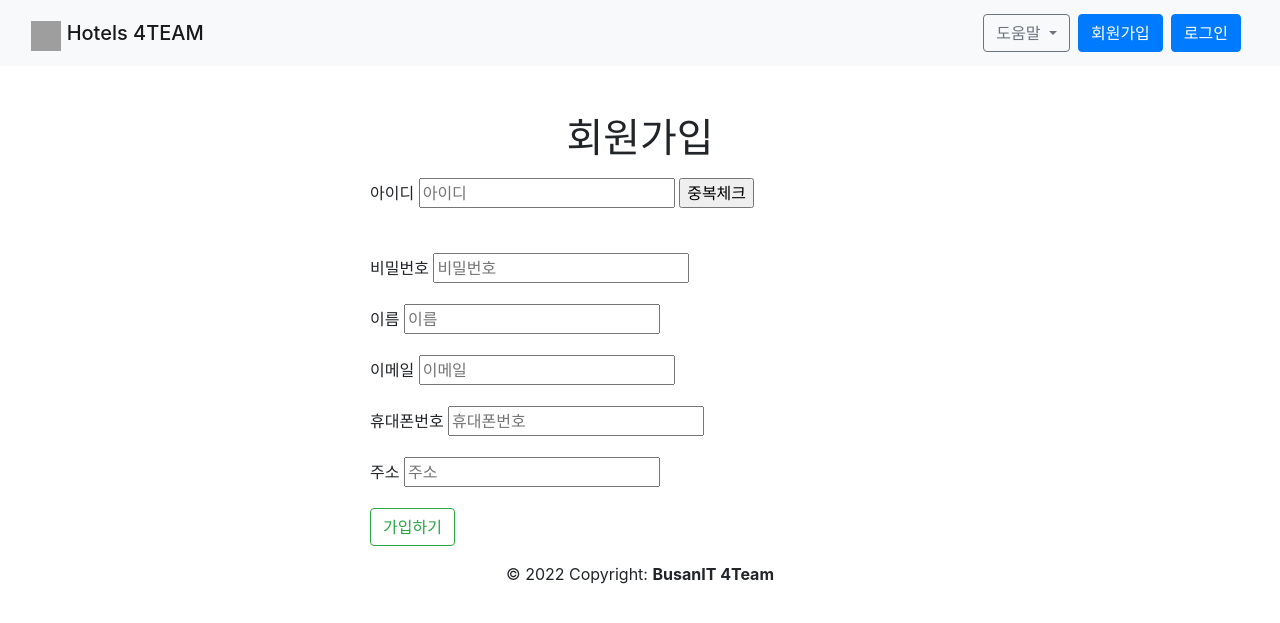
Repository: ShinKioh/Hotel_project
Page: http://localhost/HOTEL/register.jsp
The author's editor kept a copy of each file at every save. The page is drawn from the files as they stood at one save, then again after the next save.
The browser window is 1280 px wide. The pictures show the whole page.
Pictures or frames that could not be fetched are drawn as grey boxes. The page is served by Tomcat 9. Other server files are loaded and not shown.

Above is the page before, as saved 2022-02-23 02:09:10.

### HOTEL/WebContent/register.jsp
<%@ page language="java" contentType="text/html; charset=UTF-8"
	pageEncoding="UTF-8"%>
<!DOCTYPE html>
<html>
<head>
<meta charset="UTF-8">
<link rel="stylesheet"
	href="//unpkg.com/bootstrap@4/dist/css/bootstrap.min.css">
<title>회원가입 페이지</title>
</head>
<body>
	<header>
		<nav class="navbar navbar-expand-lg navbar-light bg-light">
			<div class="container-fluid">
				<a class="navbar-brand" href="main.jsp"> <img
					src="img/premium-icon-letter-h-5540593.png" alt="" width="30"
					height="30" class="d-inline-block align-text-top"> <span
					class="navbar-brand mb-0 h1">Hotels 4TEAM</span>
				</a>
				<div class="d-flex justify-content-end">
					<div class="dropdown mr-2">
						<a class="btn btn-outline-secondary dropdown-toggle" href="#"
							role="button" id="dropdownMenuLink" data-toggle="dropdown"
							aria-expanded="false"> 도움말 </a>
						<div class="dropdown-menu" aria-labelledby="dropdownMenuLink">
							<a class="dropdown-item" href="#">공지 사항</a> <a
								class="dropdown-item" href="#">문의 사항</a> <a
								class="dropdown-item" href="#">FAQ</a>
						</div>
					</div>
					<a class="btn btn-primary mr-2" href="register?action=registerUser">회원가입</a>
					<a class="btn btn-primary mr-2" href="login.jsp">로그인</a>
				</div>
			</div>
		</nav>
	</header>
	<div class="container">
		<div class="row mt-5">
			<div class="col-md-6 mx-auto">
				<h1 class="text-center">회원가입</h1>
				<form action="<%=request.getContextPath()%>/register" method="post">
					<div class="form-group">
						<input type="hidden" name="action" value="registerUser">
					</div>
					<div class="form-group">
						<label for="id">아이디</label> <input type="text" name="id"
							placeholder="아이디"> <input type="button"
							onclick="sendServer()" value="중복체크">
						<div id="output"></div>

						<script type="text/javascript">
							const input = document
									.querySelector('input[type="text"]'); // 태그타입으로 선택
							const output = document.getElementById('output');
							const request = new XMLHttpRequest(); // Ajax request 객체 생성
							function sendServer() {
								// 버튼을 누르면 실행되는 함수
								let id = input.value; // input창에 입력한 값
								let url = 'idCheck.jsp?id=' + id; // 요청할 jsp페이지 주소
								request.open('GET', url, true);
								request.send();
								request.onreadystatechange = getInfo;
							}
							function getInfo() {
								if (request.readyState == 4
										&& request.status == 200) {
									let info = request.responseText; // 요청한 결과 받기
									output.textContent = info;
								}
							};
						</script>
						<br>
					</div>
					<div class="form-group">
						<label for="id">비밀번호</label> <input type="text" name="password"
							placeholder="비밀번호"><br>
					</div>
					<div class="form-group">
						<label for="id">이름</label> <input type="text" name="name"
							placeholder="이름"><br>
					</div>
					<div class="form-group">
						<label for="id">이메일</label> <input type="text" name="email"
							placeholder="이메일"><br>
					</div>
					<div class="form-group">
						<label for="id">휴대폰번호</label> <input type="text" name="phone"
							placeholder="휴대폰번호"><br>
					</div>
					<div class="form-group">
						<label for="id">주소</label> <input type="text" name="address"
							placeholder="주소"><br>
					</div>
					<%--가입하기 클릭시 신규회원 등록, 메인 페이지로 이동 --%>
					<button type="submit" class="btn btn-outline-success" onClick="location.href='main.jsp'">가입하기</button>
				</form>
			</div>
		</div>
	</div>
	<footer class="footer font-small black">
		<div class="footer-copyright text-center py-3">
			© 2022 Copyright: <b> BusanIT 4Team</b>
		</div>
	</footer>
</body>
</html>

After the next save:
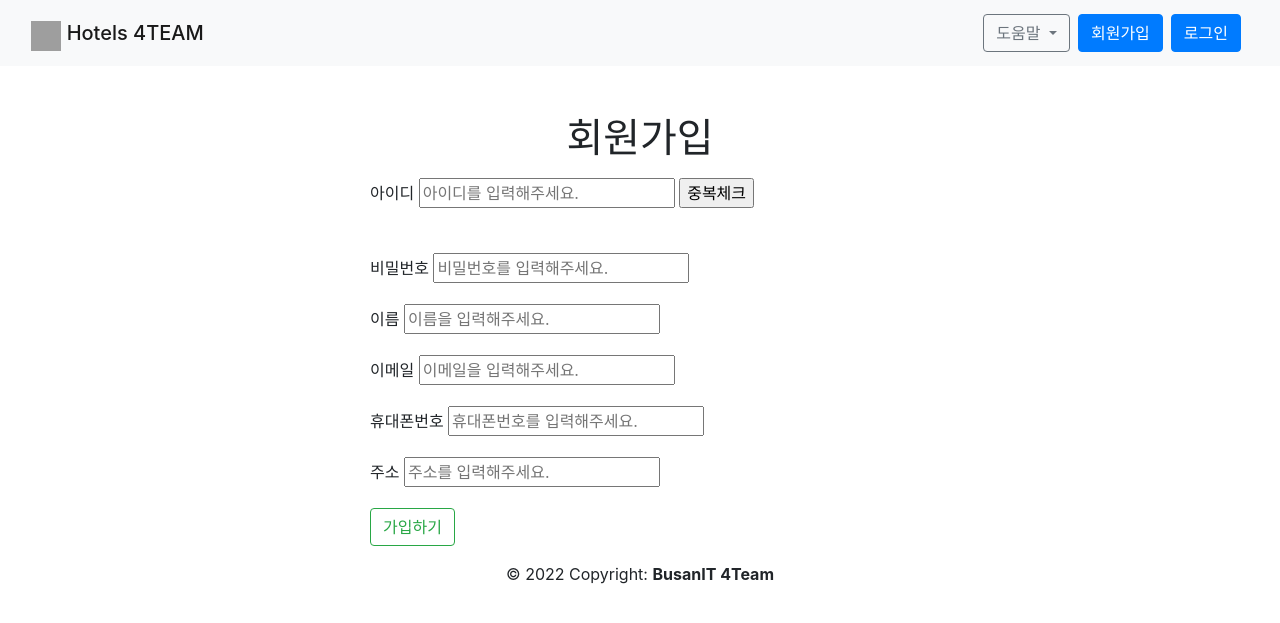
Saved 2 min 32 s later.
--- a/HOTEL/WebContent/register.jsp
+++ b/HOTEL/WebContent/register.jsp
@@ -44,7 +44,7 @@
 					</div>
 					<div class="form-group">
 						<label for="id">아이디</label> <input type="text" name="id"
-							placeholder="아이디"> <input type="button"
+							placeholder="아이디를 입력해주세요."> <input type="button"
 							onclick="sendServer()" value="중복체크">
 						<div id="output"></div>
 
@@ -73,23 +73,23 @@
 					</div>
 					<div class="form-group">
 						<label for="id">비밀번호</label> <input type="text" name="password"
-							placeholder="비밀번호"><br>
+							placeholder="비밀번호를 입력해주세요."><br>
 					</div>
 					<div class="form-group">
 						<label for="id">이름</label> <input type="text" name="name"
-							placeholder="이름"><br>
+							placeholder="이름을 입력해주세요."><br>
 					</div>
 					<div class="form-group">
 						<label for="id">이메일</label> <input type="text" name="email"
-							placeholder="이메일"><br>
+							placeholder="이메일을 입력해주세요."><br>
 					</div>
 					<div class="form-group">
 						<label for="id">휴대폰번호</label> <input type="text" name="phone"
-							placeholder="휴대폰번호"><br>
+							placeholder="휴대폰번호를 입력해주세요."><br>
 					</div>
 					<div class="form-group">
 						<label for="id">주소</label> <input type="text" name="address"
-							placeholder="주소"><br>
+							placeholder="주소를 입력해주세요."><br>
 					</div>
 					<%--가입하기 클릭시 신규회원 등록, 메인 페이지로 이동 --%>
 					<button type="submit" class="btn btn-outline-success" onClick="location.href='main.jsp'">가입하기</button>
